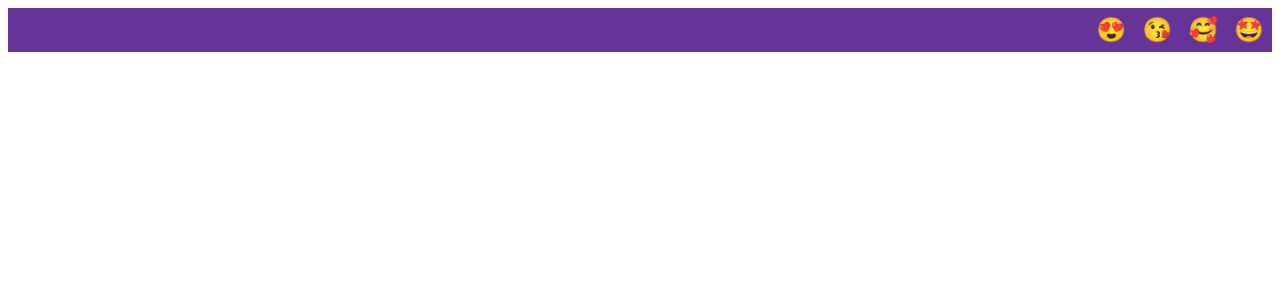
Repository: ramtoppo12/NavBar-Using-FlexBox
Page: Navbar.htm
The author's editor kept a copy of each file at every save. The page is drawn from the files as they stood at one save, then again after the next save.
The browser window is 1280 px wide. The pictures show the whole page.

Above is the page before, as saved 2020-12-12 23:30:27.

### Navbar.htm
<!DOCTYPE html>
<html lang="en">
<head>
    <meta charset="UTF-8">
    <meta name="viewport" content="width=device-width, initial-scale=1.0">
    <title>Document</title>
    <link rel="stylesheet" href="navbar.css">
</head>
<body>
    <nav>
        <ul>
            <li><a>😍</a></li>
            <li><a>😘</a></li>

            <li><a>🥰</a></li>

            <li><a>🤩</a></li>

        </ul>
    </nav>
</body>
</html>

### navbar.css
nav {
  font-size: 1.5rem;
  background-color: rebeccapurple;
}
nav ul {
  list-style: none;
  margin: 0;
  padding: 0;
  display: flex;
  justify-content: flex-end;
}
nav ul li {
  cursor: pointer;
  padding: 0.5rem;
}
nav ul li:hover {
  background-color: #555;
  color: #fff;
}

After the next save:
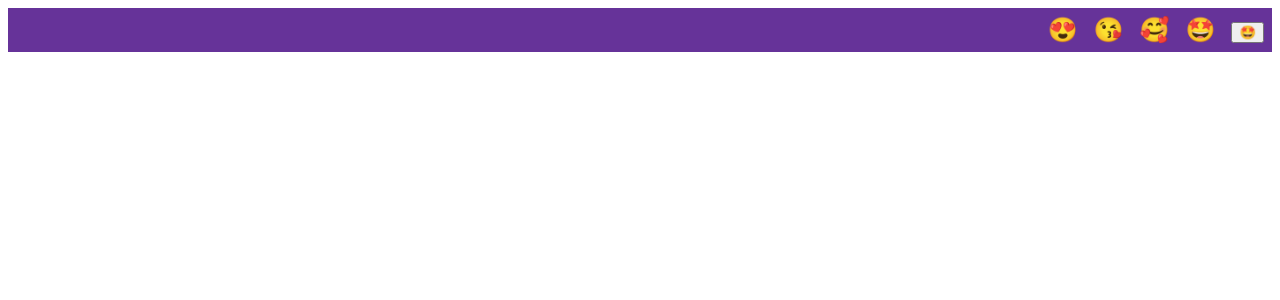
Saved 15 s later.
--- a/Navbar.htm
+++ b/Navbar.htm
@@ -15,6 +15,8 @@
             <li><a>🥰</a></li>
 
             <li><a>🤩</a></li>
+            <li><Button>🤩</Button></li>
+
 
         </ul>
     </nav>
